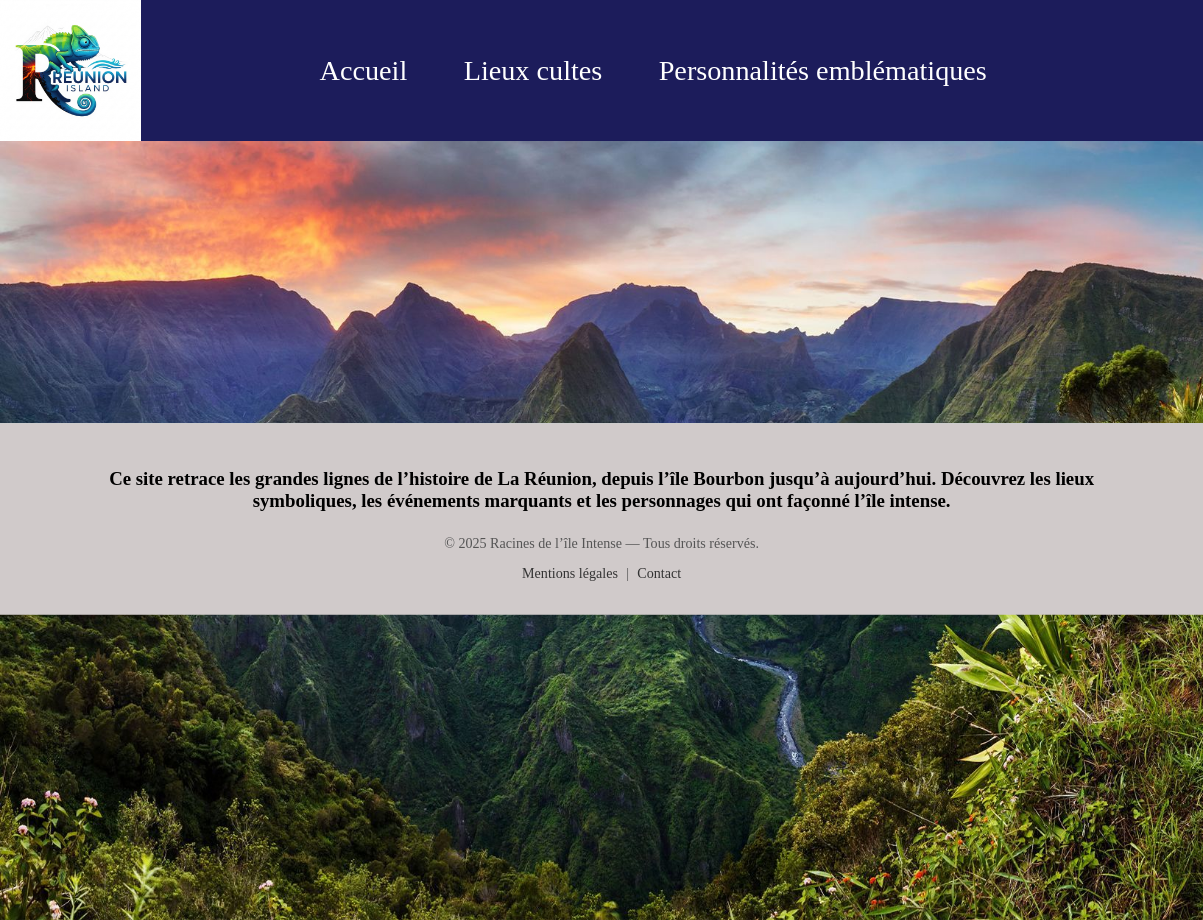
Repository: racinesintense974/Racines-de-lile-intense
Page: mafate.html
The author's editor kept a copy of each file at every save. The page is drawn from the files as they stood at one save, then again after a run of saves.
The browser window is 1280 px wide. The pictures show the whole page, at 94% of full size.

Above is the page before, as saved 2026-01-29 13:54:06.

### mafate.html
<!DOCTYPE html>
<html lang="fr">
<head>
    <meta charset="UTF-8">
    <meta name="viewport" content="width=device-width, initial-scale=1.0">
    <title>Racines-Mafate</title>
<link rel="stylesheet" href="css/mafate.css">
</head>


<body>
<section class="top-page">
        <header class="header">
            <img src="image/logo22.png" alt="logo du site">
        <nav class="nav">
    <ul class="menu">
        <li><a href="index.html">Accueil</a></li>

        <li class="dropdown">
            <a href="#">Lieux cultes</a>
            <ul class="submenu">
                <li><a href="mafate.html">Mafate</a></li>
                <li><a href="cilaos.html">Cilaos</a></li>
                <li><a href="volcans.html">Les volcans</a></li>
            </ul>
        </li>

         <li class="dropdown">
        <a href="#">Personnalités emblématiques</a>
            <ul class="submenu">
                <li><a href="Olivier.html">Olivier Levasseur</a></li>
                <li><a href="Desbassayns.html">Madame Desbassayns</a></li>
                <li><a href="Garros.html">Rolland Garros</a></li>
            </ul>
        </li>
    </ul>
</nav>

        </header>

        <footer class="footer">
    <h1 class="big-title2">Ce site retrace les grandes lignes de l’histoire de La Réunion, depuis l’île Bourbon jusqu’à aujourd’hui. Découvrez les lieux symboliques, les événements marquants et les personnages qui ont façonné l’île intense.</h1>
  <p>&copy; 2025 Racines de l’île Intense — Tous droits réservés.</p>
  <p><a href="mentions-legales.html">Mentions légales</a> | <a href="contact.html">Contact</a></p>
</footer>

</section>
</body>
</html>

### css/mafate.css

*

body {
    margin: 0 auto;

}

header.header {
    display: flex;
    align-items: center;
    background-color: rgb(28, 28, 91);                    /* Entête */
    margin: 0;

}

header.header img {
    width: 150px;
}






section.top-page {
    background: url('../image/point-de-vue-mafate-frog_974.jpg');
    background-size: cover;
    height: 136vh;
    padding: 0px;
}
/* page de bienvenue (landing page) */
.big-title {
    color: rgb(255, 255, 255);
    font-size: 27px;
    padding: 55px 360px;
    background-color: rgba(0, 0, 0, 0.323);
    margin-top: 0;



}
html, body {
  height: 100%;           /* Nécessaire pour que le conteneur remplisse l'écran */
  margin: 0;
  padding: 0;
}

.conteneur-central {
  display: flex;
  justify-content: center;      /* centre horizontalement */
  align-items: center;          /* centre verticalement */
  height: 70vh;                /* 100% de la hauteur de l'écran */
}

/* La galerie contient les images */
.galerie-images {
  display: flex;
  gap: 20px;
  flex-wrap: wrap;
  justify-content: center;
}

.galerie-images img {
  width: 390px;
  height: auto;
  border-radius: 50px;
  box-shadow: 0 4px 10px rgba(0, 0, 0, 0.1);
  transition: transform 0.3s ease;
}

.galerie-images img:hover {
  transform: scale(1.05);
}

.big-title2 {
    color: black;
    font-size: 20px;
    padding: 10px 50px;
}

.footer {
    width: 100%;
  background-color: #d0caca;
  padding: 20px;
  text-align: center;
  font-size: 15px;
  color: #555;
  border-top: 1px solid #ccc;
  margin-top: 300px;
   box-sizing: border-box;

}

.footer a {
  color: #333;
  text-decoration: none;
  margin: 0 5px;
}

.footer a:hover {
  text-decoration: underline;
}


/* menu de navigation */

nav.nav {
    display: flex;
    justify-content: space-between;
    list-style: none;
    width: 970px;
    margin-left: 180px;
font-size: 30px;
}


nav.nav li {
    color: white;
}



/* ===== MENU DEROULANT LIEUX-CULTES ===== */

nav.nav ul.menu {
    list-style: none;
    display: flex;
    gap: 40px;           /* espace entre les éléments */
    margin: 0;
    padding: 0;
}

nav.nav ul.menu > li {
    position: relative;
}

nav.nav ul.menu a {
    text-decoration: none;
    color: white;
    font-size: 30px;
    padding: 10px;
}

/* Sous-menu caché */
.submenu {
    list-style: none;
    padding: 0;
    margin: 0;
    position: absolute;
    background: rgb(12, 16, 70);
    border-radius: 5px;
    border: 1px solid black;
    display: none;
    min-width: 180px;
    z-index: 10;
}

/* Liens du sous-menu */
.submenu li a {
    color: black;
    padding: 10px;
    display: block;
    font-size: 20px;
}

/* Apparition au survol */
.dropdown:hover .submenu {
    display: block;
}

/* Effet hover */
.submenu li a:hover {
    background-color: #a01212;
}

After the next 2 saves:
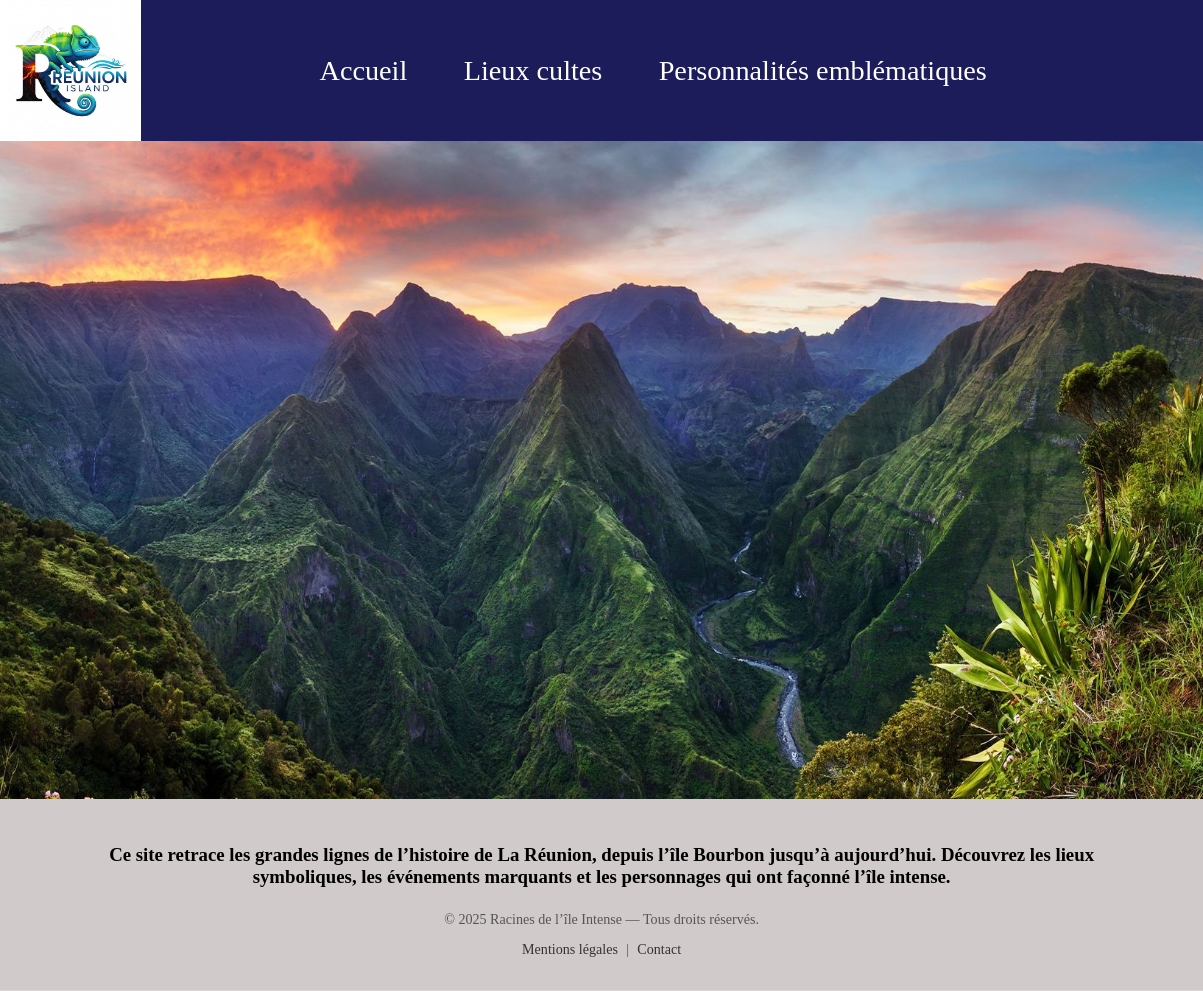
The 2 saves are shown as one change because they came seconds apart.
The last was saved 7 s later.
--- a/css/mafate.css
+++ b/css/mafate.css
@@ -87,7 +87,7 @@
   font-size: 15px;
   color: #555;
   border-top: 1px solid #ccc;
-  margin-top: 300px;
+  margin-top: 700px;
    box-sizing: border-box;
 
 }
